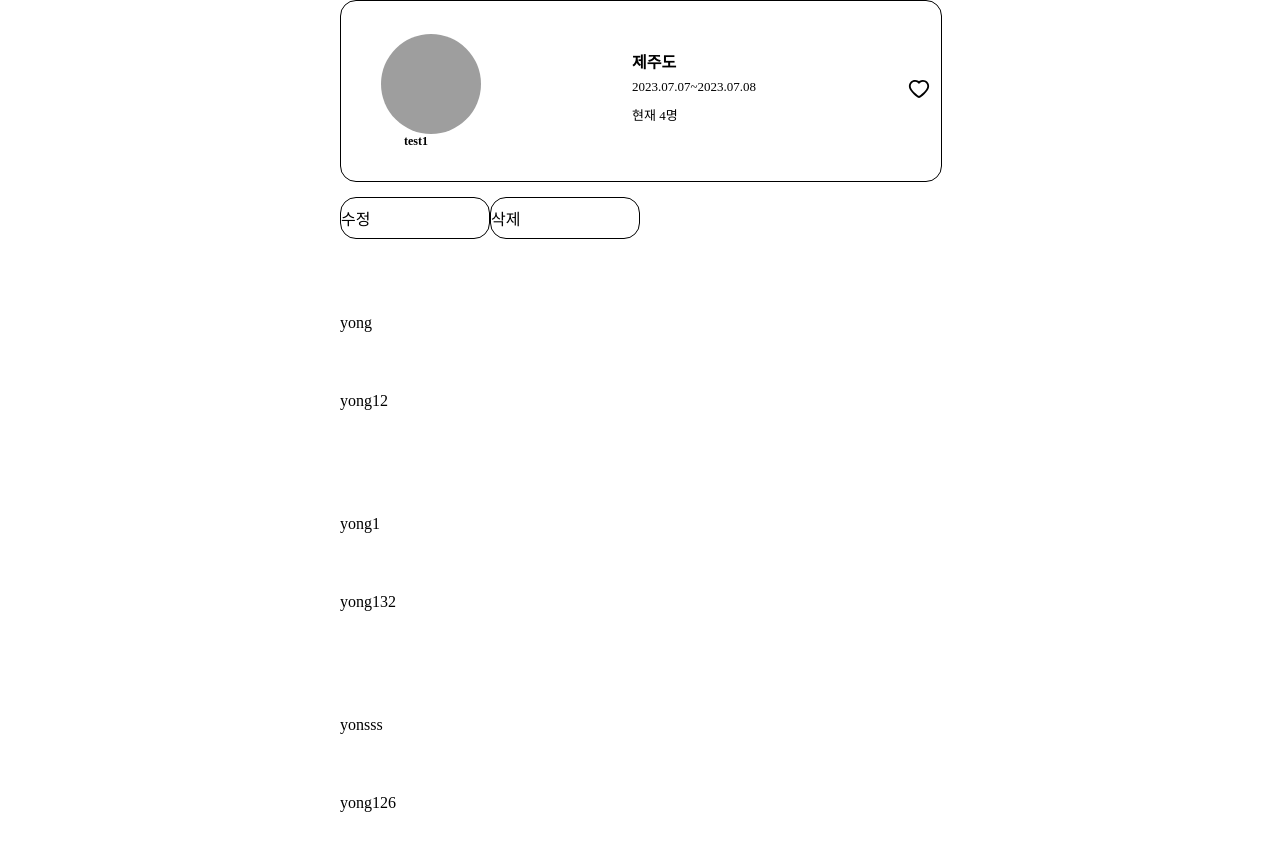
Repository: the-graces/matrip-web
Page: /tripSchedule (app in matrip/)
The author's editor kept a copy of each file at every save. The page is drawn from the files as they stood at one save, then again after the next save.
The browser window is 1280 px wide. The pictures show the whole page.
Pictures or frames that could not be fetched are drawn as grey boxes. The project was rebuilt for these pictures with package versions that can differ from the ones it lists, and the page was loaded fresh each time. Also part of the build but not shown: matrip/src/pages/Main/mainStyle.tsx, matrip/src/pages/Main/Post.tsx, matrip/src/pages/Main/index.tsx, matrip/src/pages/FriendSearch/friendSearchStyle.tsx, matrip/src/pages/FriendSearch/index.tsx, matrip/src/pages/ItineraryInfo/index.scss, matrip/src/pages/ItineraryInfo/itineraryInfoStyle.tsx, matrip/src/pages/ItineraryInfo/index.tsx and 3 more.

Above is the page before, as saved 2023-07-09 12:46:25.

### matrip/src/App.tsx
import React from "react";
import { BrowserRouter, Route, Routes } from "react-router-dom";
import Main from "./pages/Main";

import FriendSearch from "./pages/FriendSearch";
import ItineraryInfo from "./pages/ItineraryInfo";
import UserProfile from "./pages/UserProfile";

import GlobalFonts from "./styles/fonts";
import TripSchedule from "./pages/TripSchedule";

function App() {
   return (
      <BrowserRouter>
         <GlobalFonts />
         <Routes>
            <Route
               path="/"
               element={<Main />}
            />
            <Route
               path="/friendSearch"
               element={<FriendSearch />}
            />
            <Route
               path="/itineraryInfo"
               element={<ItineraryInfo />}
            />
            <Route
               path="/userProfile"
               element={<UserProfile />}
            />
            <Route
               path="/tripSchedule"
               element={<TripSchedule />}
            />
         </Routes>
      </BrowserRouter>
   );
}

export default App;

### matrip/src/styles/fonts/index.js
import { createGlobalStyle } from "styled-components";
import Prentendard from "./Pretendard-Regular.woff2";

export default createGlobalStyle`
@font-face {
    font-family: "Prentendard";
    src: url(${Prentendard}) fromat("woff2");
}`;

### matrip/src/pages/TripSchedule/index.tsx
import React from "react";
import "./index.scss";

import * as iss from "./TripScheduleStyle";
import * as gs from "../../styles/GlobalStyles";
import "./index.scss";
import { fdata } from "../../data/userdata";
import { postdata } from "../../data/postdata";
import { AiOutlineHeart } from "react-icons/ai";

const TripSchedule: React.FC = () => {
  const post = postdata[0];

  return (
    <gs.MainContainer>
      <iss.MainContainer>
        <iss.postBox key={post.id}>
          <iss.profileBox to={"/userProfile"}>
            <iss.profileImgBox>
              <iss.profileImg src={post.imgurl} alt="유저 프로필" />
            </iss.profileImgBox>
            <iss.Nickname>{post.nick}</iss.Nickname>
          </iss.profileBox>
          <iss.postContent to={"/itineraryInfo"}>
            <iss.postTitle>{post.destination}</iss.postTitle>
            <iss.postPeriod>
              {post.startDate}~{post.endData}
            </iss.postPeriod>
            <iss.postPeriod>현재 {post.personnel}명</iss.postPeriod>
          </iss.postContent>
          <div>
            <iss.LikeBtn>
              <AiOutlineHeart size="24" />
            </iss.LikeBtn>
          </div>
        </iss.postBox>

        <iss.TripSchedulePostButton>
          <iss.TripSchedulePostButtonR>수정</iss.TripSchedulePostButtonR>
          <iss.TripSchedulePostButtonL>삭제</iss.TripSchedulePostButtonL>
        </iss.TripSchedulePostButton>

        {fdata.map((friend, index) => (
          <iss.TripScheduleAppList key={index}>
            <iss.TripScheduleAppList>
              <iss.TripScheduleAppList></iss.TripScheduleAppList>
              <iss.TripScheduleAppList>{friend.nick}</iss.TripScheduleAppList>
            </iss.TripScheduleAppList>
            <iss.TripScheduleAppList>
              <iss.TripScheduleAppList>{friend.id}</iss.TripScheduleAppList>
            </iss.TripScheduleAppList>
          </iss.TripScheduleAppList>
        ))}
      </iss.MainContainer>
    </gs.MainContainer>
  );
};

export default TripSchedule;

### matrip/src/styles/GlobalStyles.tsx
import { styled } from "styled-components";

// 전체 화면 컨테이너
export const MainContainer = styled.div`
   width: 100%;
   display: flex;
   justify-content: center;
   font-family: Pretendard;
`;

// 그 안에 들어갈 내용을 감싸는 컨테이너
export const MainBox = styled.div`
   max-width: 600px;
   width: 100%;
   display: flex;
   flex-direction: column;
   align-items: center;

   @media screen and (min-width: 600px) {
      width: 600px;
   }
`;

### matrip/src/data/userdata.ts
export const fdata = [
    {
      nick: 'yong',
      id: 'yong12',
      imgurl:
        'https://img2.daumcdn.net/thumb/R658x0.q70/?fname=https://t1.daumcdn.net/news/202302/21/spotvnews/20230221133133423kfxy.jpg',
      email : "thegracec@asac.com",
      sex : "female",
      birth : "1995.12.12"
    },
    {
      nick: 'yong1',
      id: 'yong132',
      imgurl:
        'https://img2.daumcdn.net/thumb/R658x0.q70/?fname=https://t1.daumcdn.net/news/202302/21/spotvnews/20230221133133423kfxy.jpg',
      email : "thegracec@asac.com",
      sex : "female",
      birth : "1995.12.12"
    },
    {
      nick: 'yonsss',
      id: 'yong126',
      imgurl:
        'https://img2.daumcdn.net/thumb/R658x0.q70/?fname=https://t1.daumcdn.net/news/202302/21/spotvnews/20230221133133423kfxy.jpg',
      email : "thegracec@asac.com",
      sex : "female",
      birth : "1995.12.12"
    },
  ]

### matrip/src/pages/TripSchedule/TripScheduleStyle.tsx
import { Link } from "react-router-dom";
import { styled } from "styled-components";

export const MainContainer = styled.div`
  max-width: 600px;
  width: 100%;

  @media screen and (min-width: 600px) {
    width: 600px;
  }
`;

export const postBox = styled.div`
  width: 100%;
  height: 180px;
  display: flex;
  align-items: center;
  justify-content: space-between;
  border: solid #000 1px;
  border-radius: 16px;
`;

export const profileBox = styled(Link)`
  padding: 0 10px;
  display: flex;
  flex-direction: column;
  align-items: center;
  color: #000;
  text-decoration: none;
`;
export const profileImgBox = styled.div`
  width: 100px;
  height: 100px;
  margin-left: 30px;
`;

export const profileImg = styled.img`
  width: 100%;
  height: 100%;
  object-fit: cover;
  border-radius: 50%;
`;

export const Nickname = styled.h4`
  font-size: 12px;
  font-weight: 600;
  margin: 0;
`;

export const postContent = styled(Link)`
  color: #000;
  text-decoration: none;
`;

export const postTitle = styled.div`
  font-size: 16px;
  font-weight: 800;
  margin-bottom: 6px;
`;

export const postPeriod = styled.div`
  font-size: 13px;
  margin-bottom: 10px;

`;

export const LikeBtn = styled.button`
  border: none;
  background: none;
  cursor: pointer;
  padding: 0 10px;
`;

export const TripSchedulePostButton = styled.div`
  width: 50%;
  display: flex;
  border-radius: 40px;
  margin-top: 15px;
`;

export const TripSchedulePostButtonR = styled.div`
  width: 100%;
  height: 40px;
  display: flex;
  align-items: center;
  justify-content: space-between;
  border: solid #000 1px;
  border-radius: 16px;
`;

export const TripSchedulePostButtonL = styled.div`
  width: 100%;
  height: 40px;
  display: flex;
  align-items: center;
  justify-content: space-between;
  border: solid #000 1px;
  border-radius: 16px;
`;

export const TripScheduleAppList = styled.div`
  width: 100%;
  margin: 15px 0px;

  display: flex;
  flex-direction: column;
`;

### matrip/src/data/postdata.ts
export const postdata = [
  {
    id: "1",
    nick: "test1",
    imgurl:
      "https://img2.daumcdn.net/thumb/R658x0.q70/?fname=https://t1.daumcdn.net/news/202302/21/spotvnews/20230221133133423kfxy.jpg",
    destination: "제주도",
    startDate: "2023.07.07",
    endData: "2023.07.08",
    personnel: 4,
  },
  {
    id: "2",
    nick: "test2",
    imgurl:
      "https://img2.daumcdn.net/thumb/R658x0.q70/?fname=https://t1.daumcdn.net/news/202302/21/spotvnews/20230221133133423kfxy.jpg",
    destination: "제주도",
    startDate: "2023.07.07",
    endData: "2023.07.08",
    personnel: 4,
  },
  {
    id: "3",
    nick: "test3",
    imgurl:
      "https://img2.daumcdn.net/thumb/R658x0.q70/?fname=https://t1.daumcdn.net/news/202302/21/spotvnews/20230221133133423kfxy.jpg",
    destination: "제주도",
    startDate: "2023.07.07",
    endData: "2023.07.08",
    personnel: 4,
  },
  {
    id: "4",
    nick: "test4",
    imgurl:
      "https://img2.daumcdn.net/thumb/R658x0.q70/?fname=https://t1.daumcdn.net/news/202302/21/spotvnews/20230221133133423kfxy.jpg",
    destination: "제주도",
    startDate: "2023.07.07",
    endData: "2023.07.08",
    personnel: 4,
  },
  {
    id: "5",
    nick: "test5",
    imgurl:
      "https://img2.daumcdn.net/thumb/R658x0.q70/?fname=https://t1.daumcdn.net/news/202302/21/spotvnews/20230221133133423kfxy.jpg",
    destination: "제주도",
    startDate: "2023.07.07",
    endData: "2023.07.08",
    personnel: 4,
  },
];

Loaded but not shown: matrip/public/index.html (common file); matrip/src/index.tsx (common file); matrip/src/index.css (common file); matrip/src/reportWebVitals.ts (common file)

After the next save:
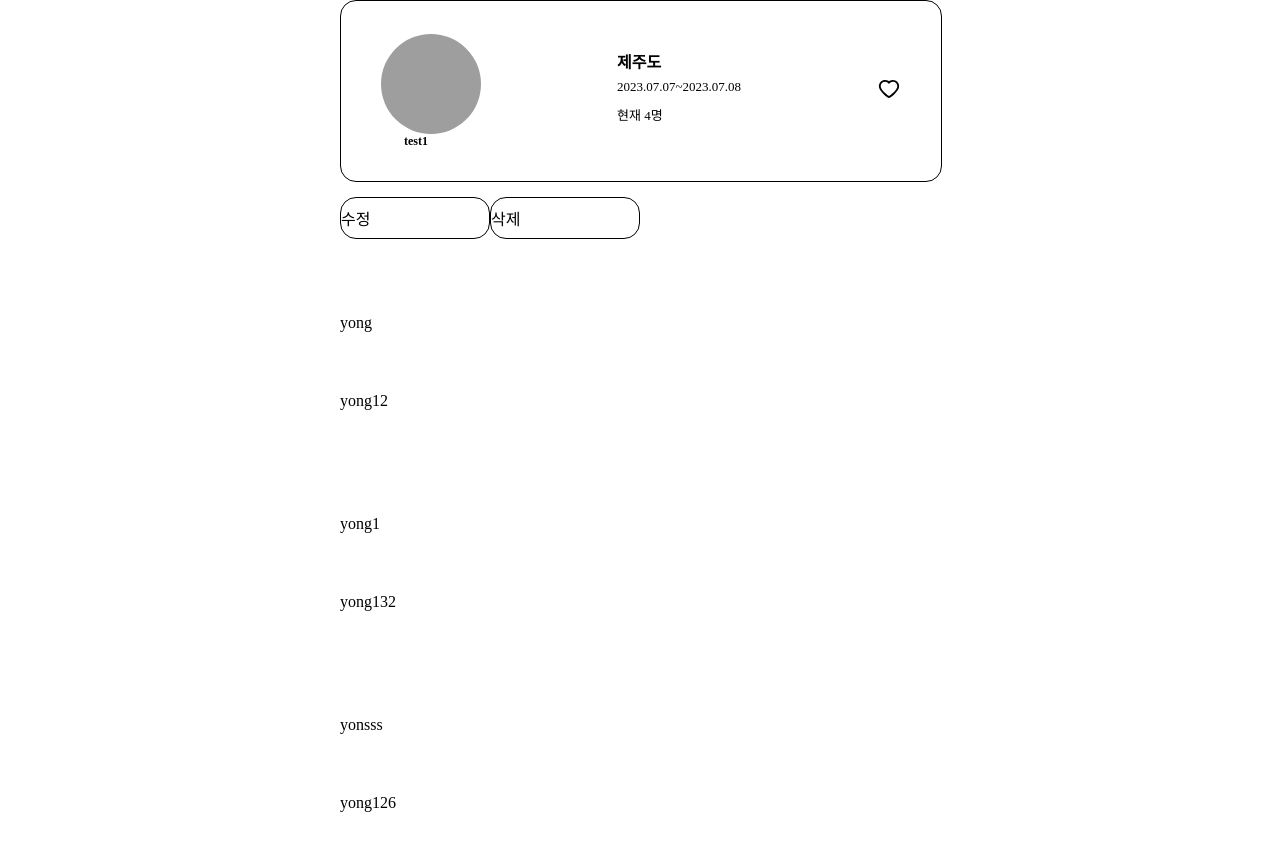
Saved 26 s later.
--- a/matrip/src/pages/TripSchedule/TripScheduleStyle.tsx
+++ b/matrip/src/pages/TripSchedule/TripScheduleStyle.tsx
@@ -69,6 +69,7 @@ export const LikeBtn = styled.button`
   background: none;
   cursor: pointer;
   padding: 0 10px;
+  margin-right: 30px;
 `;
 
 export const TripSchedulePostButton = styled.div`
